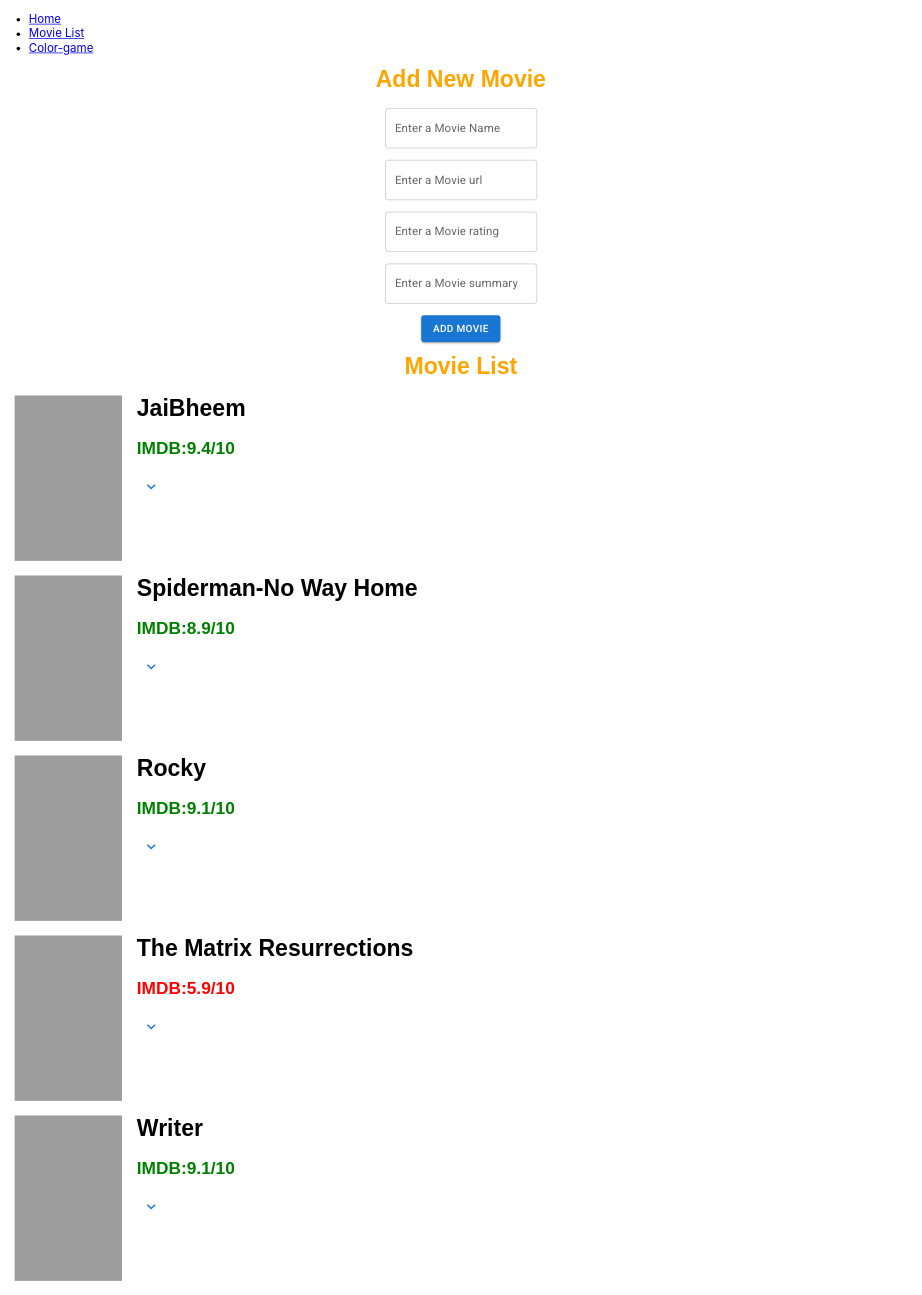
Repository: baladhinesh18/first-app
Page: /Counter
An editor plug-in stored every save of this project. The page is shown before and after the next save, followed by the edit.
The browser window is 1280 px wide. The pictures show the whole page, at 72% of full size.
Pictures or frames that could not be fetched are drawn as grey boxes. The project was rebuilt for these pictures with package versions that can differ from the ones it lists, and the page was loaded fresh each time. Also part of the build but not shown: src/AddColor.js, src/Counter.js.

Above is the page before, as saved 2022-01-31 19:08:07.

### public/index.html
<!DOCTYPE html>
<html lang="en">
  <head>
    <meta charset="utf-8" />
    <!-- <link rel="icon" href="%PUBLIC_URL%/favicon.ico" /> -->
    <meta name="viewport" content="width=device-width, initial-scale=1" />
    <meta name="theme-color" content="#000000" />
    <meta
      name="description"
      content="Web site created using create-react-app"
    />
    <!-- <link rel="apple-touch-icon" href="%PUBLIC_URL%/logo192.png" /> -->
    <!--
      manifest.json provides metadata used when your web app is installed on a
      user's mobile device or desktop. See https://developers.google.com/web/fundamentals/web-app-manifest/
    -->
    <!-- <link rel="manifest" href="%PUBLIC_URL%/manifest.json" /> -->
    <!--
      Notice the use of %PUBLIC_URL% in the tags above.
      It will be replaced with the URL of the `public` folder during the build.
      Only files inside the `public` folder can be referenced from the HTML.

      Unlike "/favicon.ico" or "favicon.ico", "%PUBLIC_URL%/favicon.ico" will
      work correctly both with client-side routing and a non-root public URL.
      Learn how to configure a non-root public URL by running `npm run build`.
    -->
    <link
  rel="stylesheet"
  href="https://fonts.googleapis.com/css?family=Roboto:300,400,500,700&display=swap"
/>
<link
  rel="stylesheet"
  href="https://fonts.googleapis.com/icon?family=Material+Icons"
/>
    <title>New Movies</title>
  </head>
  <body>
    <noscript>You need to enable JavaScript to run this app.</noscript>
    <div id="root"></div>
    <!--
      This HTML file is a template.
      If you open it directly in the browser, you will see an empty page.

      You can add webfonts, meta tags, or analytics to this file.
      The build step will place the bundled scripts into the <body> tag.

      To begin the development, run `npm start` or `yarn start`.
      To create a production bundle, use `npm run build` or `yarn build`.
    -->
  </body>
</html>

### src/index.js
import React from 'react';
import ReactDOM from 'react-dom';
import './index.css';
import App from './App';
import reportWebVitals from './reportWebVitals';
import {
  BrowserRouter as Router,
} from "react-router-dom";

ReactDOM.render(
  <React.StrictMode>
  <Router>
    <App />
    </Router>
  </React.StrictMode>,
  document.getElementById('root')
);

// If you want to start measuring performance in your app, pass a function
// to log results (for example: reportWebVitals(console.log))
// or send to an analytics endpoint. Learn more: https://bit.ly/CRA-vitals
reportWebVitals();

### src/App.js

import './App.css';
import {useState} from "react";
import IconButton from '@mui/material/IconButton';
import ExpandLessIcon from '@mui/icons-material/ExpandLess';
import ExpandMoreIcon from '@mui/icons-material/ExpandMore';
// import AddColor from './AddColor.js';
import { App } from './App.1';

// import {
//   Switch, Route
// } from "react-router-dom";


export function Starting({ nme, ur,rat,des }) {
const styles={color: rat>=8.5? "green":"red"};
const[isHide,setIsHide]=useState(false);

  return (

    <div>

    <div className="ro">
     <img src={ur} className="mg" alt={nme} />
      <div className="col">
      <h1> {nme}</h1>
      <h2 style={styles}>IMDB:{rat}/10</h2>
      { isHide?<h3>description:<a href={des}>{des}</a></h3>:null}
      {/* <h3>description:<a href={des}>{des}</a></h3> */}
      <div>
    <IconButton onClick={()=>setIsHide(!isHide)} color="primary"> {isHide ? <ExpandLessIcon/> : <ExpandMoreIcon/>}</IconButton>
    </div>

      </div>
    </div>
    </div>


  );
}


export default App;

### src/App.css
.App {
  font-family: sans-serif;
  text-align: center;
}
.mg {
  height: 230px;
  width: 150px;
  object-fit: center;
}
.ro{
display: flex;
flex-direction: row;
margin-left: 20px;
margin-bottom: 20px;
}
.col{
  display:flex;
  flex-direction: column;
  align-items: flex-start;
margin-left: 20px;
}
.lor{
color:orange;
margin-top: 1rem;
}
h1,h2,h3{
  margin-top: 0px;
  gap: 1rem;
}
button{
  margin-bottom: 1rem;
}
.vacls{
margin-top: 1rem;
margin-right: 1rem;
}
.btn{
  display: flex;
  flex-direction: column;
  justify-content: center;
  align-items: center;
 }
 .bncs{
   margin-top:5rem;
 }

### src/App.1.js
import { useState } from "react";
import Button from '@mui/material/Button';
import TextField from '@mui/material/TextField';
import { Starting } from './App';
import {
    Switch, Route
  } from "react-router-dom";
  import { AddColor } from './AddColor';
 import { Counter } from './Counter';

// const[add,setAdd] =useState([]);
export function App() {
  let users = [
    {
      name: "JaiBheem",
      url: "https://encrypted-tbn3.gstatic.com/images?q=tbn:ANd9GcQm8U_-RJoMKrgvpIVLbDV8ovuHIp-p_Ls5I7WHaXJUUCbhjQVd",
      rating: "9.4",
      summary: "https://en.wikipedia.org/wiki/Jai_Bhim_(film)"
    },
    {
      name: "Spiderman-No Way Home",
      url: "https://www.thehindubusinessline.com/news/variety/4sw3ar/article37984362.ece/ALTERNATES/PORTRAIT_355/Spider-Man---No-Way-Home-Poster-Pic-Credit---Marvel",
      rating: "8.9",
      summary: "https://en.wikipedia.org/wiki/Spider-Man:_No_Way_Home"
    },
    {
      name: "Rocky",
      url: "https://static.toiimg.com/thumb/msid-88435003,width-219,height-317,imgsize-16192/88435003.jpg",
      rating: "9.1",
      summary: "https://timesofindia.indiatimes.com/entertainment/tamil/movie-reviews/rocky/movie-review/88455427.cms"
    },
    {
      name: " The Matrix Resurrections",
      url: "https://encrypted-tbn0.gstatic.com/images?q=tbn:ANd9GcQHjE4eApjpFWlpAdiC_aFG2FkfvimiGW0TK4mB-hc_T4Uitj9J",
      rating: "5.9",
      summary: "https://en.wikipedia.org/wiki/The_Matrix_Resurrections"
    },
    {
      name: "Writer",
      url: "https://static.moviecrow.com/gallery/20210414/185058-Ey6W3Z2VoAMu4P2%20(1).jpg",
      rating: "9.1",
      summary: "https://en.wikipedia.org/wiki/Writer_(film)"
    }
  ];
  const mart = { margin: '1rem 0 0 0' };
  const [name, setName] = useState("");
  const [url, setUrl] = useState("");
  const [rating, setRating] = useState("");
  const [summary, setSummary] = useState("");
  const [add, setAdd] = useState(users);
  // const[update,setUpdate] =useState([{users}]);
  console.log(add);
  const x = { name, url, rating, summary };
  return (
      <div>
    <ul>
    <li>
      <a href="/Home">Home</a>
    </li>
    <li>
      <a href="/Counter">Movie List</a>
    </li>
    <li>
      <a href="/AddColor">Color-game</a>
    </li>
    </ul>

        <Switch>
    <Route path="/Home">
       welcome to movie app✨🎉🎉
       </Route>
       <Route path="/Counter">
       <div className="App">
      <h1 className="lor">Add New Movie</h1>
      <div className="btn">
        <TextField id="outlined-basic" label="Enter a Movie Name" variant="outlined" value={name} onChange={(event) => setName(event.target.value)} />
        <TextField id="outlined-basic" label="Enter a Movie url" variant="outlined" style={mart} value={url} onChange={(event) => setUrl(event.target.value)} />
        <TextField id="outlined-basic" label="Enter a Movie rating" variant="outlined" style={mart} value={rating} onChange={(event) => setRating(event.target.value)} />
        <TextField id="outlined-basic" label="Enter a Movie summary" variant="outlined" style={mart} value={summary} onChange={(event) => setSummary(event.target.value)} />
        <Button variant="contained" style={mart} onClick={() => setAdd([...add, x])}>Add Movie</Button>
        {/* <Counter/> */}
      </div>
      <h1 className="lor">Movie List</h1>
      {add.map(({ name, url, rating, summary }) => (
        <Starting key={url} nme={name} ur={url} rat={rating} des={summary}>
        </Starting>
      ))}

        </div>
       </Route>
       <Route path="/Color-game">
       <AddColor/>
       </Route>
       </Switch>
    </div>
  );
}

Loaded but not shown: src/index.css (common file); src/reportWebVitals.js (common file)

After the next save:
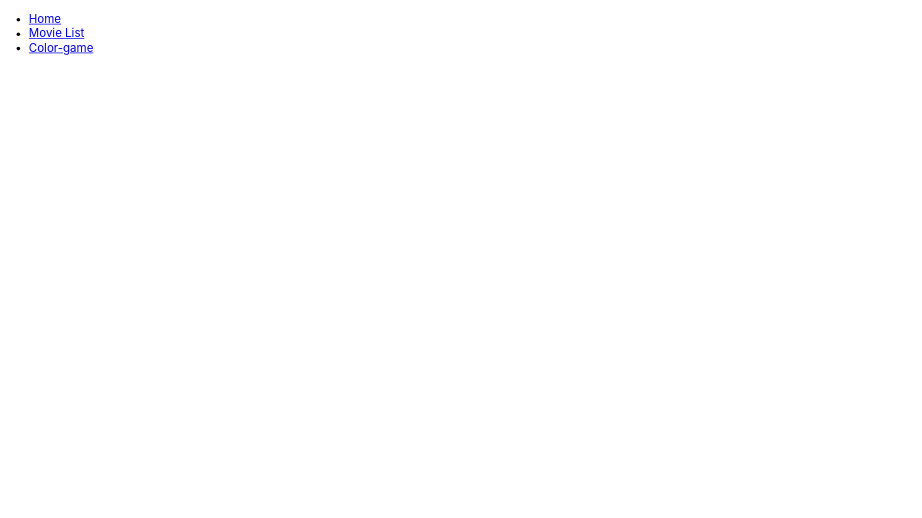
Saved 78 s later.
--- a/src/App.1.js
+++ b/src/App.1.js
@@ -69,7 +69,7 @@
     <Route path="/Home">
        welcome to movie app✨🎉🎉
        </Route>
-       <Route path="/Counter">
+       <Route path="/Movie-List">
        <div className="App">
       <h1 className="lor">Add New Movie</h1>
       <div className="btn">

After the 3 saves that followed:
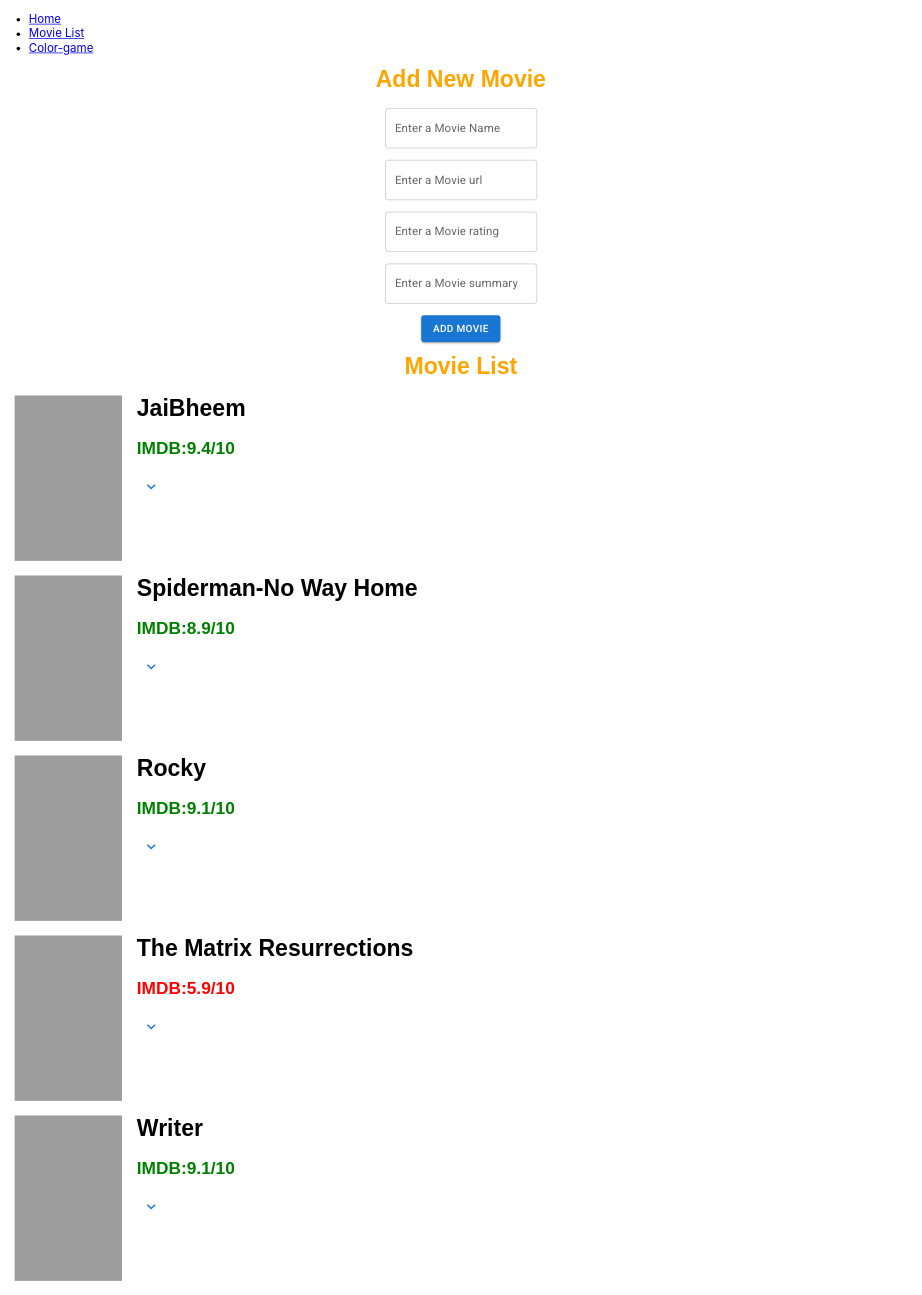
The 3 saves are shown as one change because 2 left the picture as it was.
The last was saved 81 s later.
--- a/src/App.1.js
+++ b/src/App.1.js
@@ -69,7 +69,7 @@
     <Route path="/Home">
        welcome to movie app✨🎉🎉
        </Route>
-       <Route path="/Movie-List">
+       <Route path="/Counter">
        <div className="App">
       <h1 className="lor">Add New Movie</h1>
       <div className="btn">
